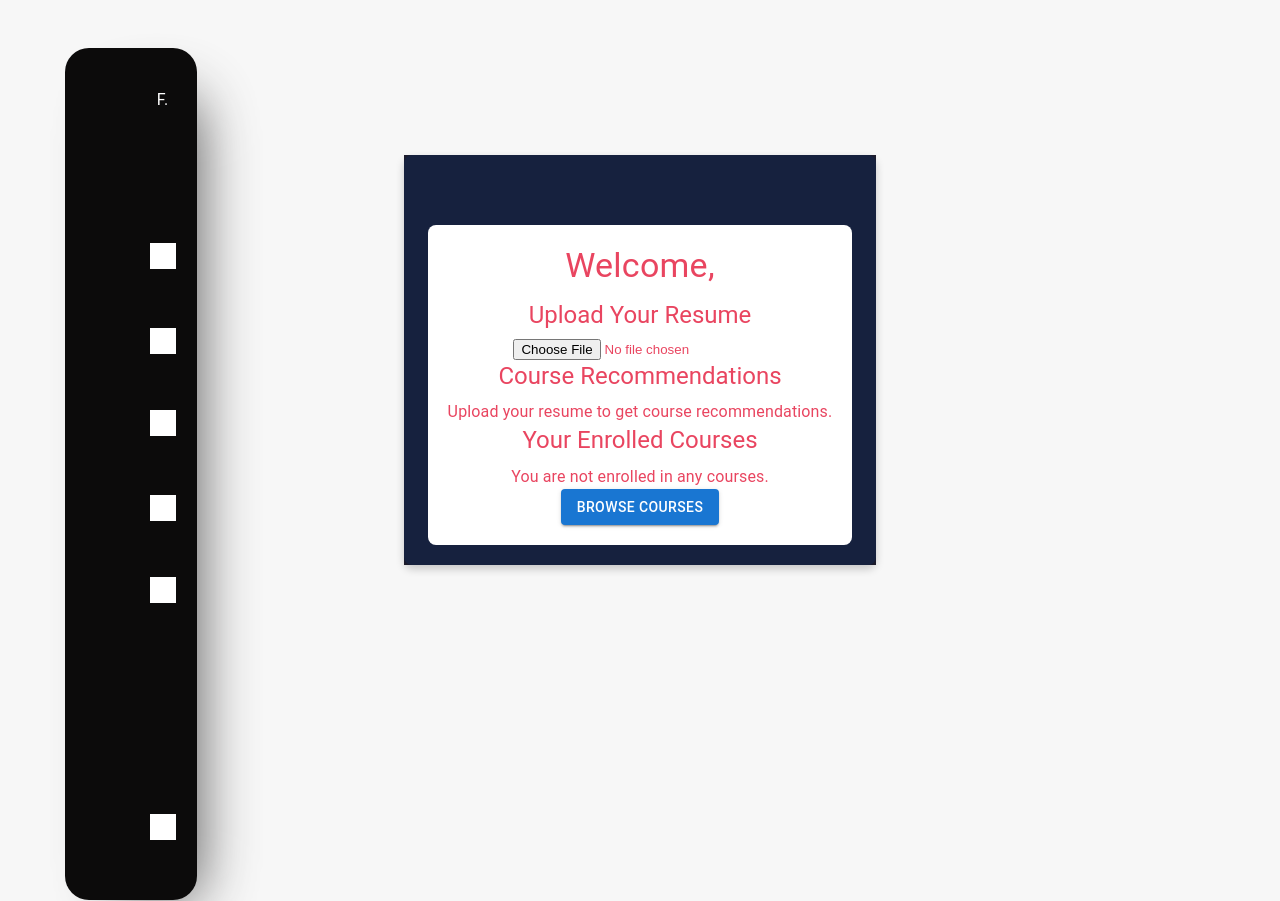
Repository: jvt2/OnlineCourseApp
Page: /dashboard
These files come from the project's save history. The page is drawn as it stood at one moment and after the next save; the edit follows.
The browser window is 1280 px wide. The pictures show the whole page.
The page's requests for data from a server got no answer. The project was rebuilt for these pictures with package versions that can differ from the ones it lists, and the page was loaded fresh each time. No one was signed in, and anything a server would have sent is missing. Also part of the build but not shown: src/features/auth/Register.js, src/features/auth/Login.js, src/features/courses/ResumeUpload.js, src/features/courses/CourseRecommendations.js, src/components/common/MyModal.js, src/features/courses/CourseCatalog.js, src/features/courses/CourseDetail.js, src/components/common/Navbar.js and 3 more. Imported but missing from the stored project, and not drawn on this page: src/app/reportWebVitals.

Above is the page before, as saved 2024-07-14 15:49:47.

### src/index.js
import React from 'react';
import ReactDOM from 'react-dom/client';
import { Provider } from 'react-redux';
import store from './redux/store';
import './index.css';
import App from './app/App';
import reportWebVitals from './app/reportWebVitals';

const root = ReactDOM.createRoot(document.getElementById('root'));
root.render(
  <React.StrictMode>
    <App />
  </React.StrictMode>
);

// If you want to start measuring performance in your app, pass a function
// to log results (for example: reportWebVitals(console.log))
// or send to an analytics endpoint. Learn more: https://bit.ly/CRA-vitals
reportWebVitals();

### src/redux/store.js
// src/redux/store.js

import { configureStore } from '@reduxjs/toolkit';
import userReducer from './userReducer';

const store = configureStore({
  reducer: {
    user: userReducer,
  },
});

export default store;

### src/redux/userReducer.js
// src/redux/userReducer.js
// src/redux/userReducer.js
import { createSlice } from '@reduxjs/toolkit';

const initialState = {
  id: null,
  email: null,
  token: null,
};

const userSlice = createSlice({
  name: 'user',
  initialState,
  reducers: {
    logIn(state, action) {
      state.id = action.payload.id;
      state.email = action.payload.email;
      state.token = action.payload.token;
    },
    logOut(state) {
      state.id = null;
      state.email = null;
      state.token = null;
    },
  },
});

export const { logIn, logOut } = userSlice.actions;
export default userSlice.reducer;

### src/app/App.css
/* App.css */
:root {
  --primary-bg-color: #1E1E2F;
  --secondary-bg-color: #282840;
  --primary-text-color: #F5F5F5;
  --link-color: #61dafb;
  --accent-color: #FF6B6B;
  --navbar-height: 4rem;
  --content-padding: 20px;
  --border-radius: 8px;
  --transition-duration: 0.3s;
  --gradient-bg-color: linear-gradient(120deg, #84fab0 0%, #8fd3f4 100%);
}

.App {
  text-align: center;
  font-family: 'Arial', sans-serif;
  background-color: var(--primary-bg-color);
}

.App-logo {
  height: 40vmin;
  pointer-events: none;
  filter: drop-shadow(0 0 10px var(--accent-color));
}

.App-header {
  background-color: var(--secondary-bg-color);
  min-height: 100vh;
  display: flex;
  flex-direction: column;
  align-items: center;
  justify-content: center;
  font-size: calc(10px + 2vmin);
  color: var(--primary-text-color);
  border-bottom-left-radius: var(--border-radius);
  border-bottom-right-radius: var(--border-radius);
}

.App-link {
  color: var(--link-color);
  transition: color var(--transition-duration);
}

.App-link:hover {
  color: var(--accent-color);
}

@media (prefers-reduced-motion: no-preference) {
  .App-logo {
    animation: App-logo-spin infinite 20s linear;
  }
}

@keyframes App-logo-spin {
  from {
    transform: rotate(0deg);
  }
  to {
    transform: rotate(360deg);
  }
}

.site-navbar {
  display: flex;
  align-items: center;
  background: var(--gradient-bg-color);
  padding: 10px 20px;
  height: var(--navbar-height);
  font-weight: 500;
  box-shadow: 0 4px 6px rgba(0, 0, 0, 0.1);
}

.navbar-nav {
  display: flex;
  align-items: center;
  list-style: none;
  margin: 0;
  padding: 0;
  flex-grow: 1;
  justify-content: center;
}

.nav-item {
  display: flex;
  align-items: center;
  justify-content: center;
  text-decoration: none;
  color: var(--primary-text-color);
  padding: 15px 25px;
  transition: all 0.3s ease-in-out;
  border-radius: var(--border-radius);
  position: relative;
}

.nav-item:before {
  content: '';
  position: absolute;
  top: 0;
  left: 0;
  width: 0;
  height: 100%;
  background: var(--accent-color);
  border-radius: var(--border-radius);
  transition: width 0.3s ease-in-out;
  z-index: -1;
}

.nav-item:hover:before {
  width: 100%;
}

.nav-item:hover {
  color: var(--secondary-bg-color);
  box-shadow: 0 4px 8px rgba(0, 0, 0, 0.2);
  text-decoration: none;
}

.navbar-brand {
  margin-right: auto;
  color: var(--primary-text-color);
  font-size: 1.5em;
  font-weight: bold;
}

.App-content {
  padding: var(--content-padding);
  color: var(--primary-text-color);
}

.App-footer {
  text-align: center;
  padding: var(--content-padding);
  background-color: var(--secondary-bg-color);
  color: var(--primary-text-color);
  box-shadow: 0 -4px 6px rgba(0, 0, 0, 0.1);
}

.course-recommendations {
  width: 80%;
  margin: auto;
  background: #f9f9f9;
  padding: 20px;
  border-radius: 5px;
  box-shadow: 0px 0px 10px rgba(0, 0, 0, 0.1);
}

.course-recommendations h2 {
  text-align: center;
  color: #333;
}

.course-recommendations .course {
  padding: 10px 0;
  border-bottom: 1px solid #eee;
}

.course-recommendations .course:last-child {
  border-bottom: none;
}

.course-recommendations .course button {
  margin-left: 10px;
}

body {
  background-color: #1a1a2e;
  color: #e94560;
}

.MuiContainer-root {
  background-color: #16213e;
  border-radius: 8px;
  padding: 20px;
  box-shadow: 0 4px 8px rgba(0, 0, 0, 0.2);
}

.customTextField .MuiInputBase-input {
  color: #fff;
  background-color: rgba(255, 255, 255, 0.1);
}

.customTextField .MuiInputLabel-root {
  color: rgba(255, 255, 255, 0.7);
}

.customTextField .MuiInputLabel-root.Mui-focused {
  color: #fff;
}

.customTextField .MuiOutlinedInput-root {
  &.Mui-focused .MuiOutlinedInput-notchedOutline {
    border-color: #fff;
  }
  & .MuiOutlinedInput-notchedOutline {
    border-color: rgba(255, 255, 255, 0.5);
  }
}

### src/features/dashboard/Dashboard.js
// src/features/dashboard/Dashboard.js
import React, { useEffect, useState } from 'react';
import axios from 'axios';
import { useSelector } from 'react-redux';
import { Container, Typography, Button, Box, List, ListItem, ListItemText } from '@mui/material';
import { useNavigate } from 'react-router-dom';
import './Dashboard.css';

function Dashboard() {
  const [enrolledCourses, setEnrolledCourses] = useState([]);
  const [recommendations, setRecommendations] = useState([]);
  const token = useSelector(state => state.user.token);
  const userId = useSelector(state => state.user.id);
  const userEmail = useSelector(state => state.user.email);
  const navigate = useNavigate();

  useEffect(() => {
    const fetchEnrolledCourses = async () => {
      try {
        const response = await axios.get(`http://localhost:3001/user/${userId}/courses`, {
          headers: { Authorization: `Bearer ${token}` }
        });
        setEnrolledCourses(response.data);
      } catch (error) {
        console.error('Error fetching enrolled courses:', error);
      }
    };

    const fetchRecommendations = async () => {
      try {
        const response = await axios.get(`http://localhost:3001/user/${userId}/recommendations`, {
          headers: { Authorization: `Bearer ${token}` }
        });
        setRecommendations(response.data);
      } catch (error) {
        console.error('Error fetching recommendations:', error);
      }
    };

    fetchEnrolledCourses();
    fetchRecommendations();
  }, [userId, token]);

  const handleResumeUpload = async (event) => {
    const formData = new FormData();
    formData.append('resume', event.target.files[0]);

    try {
      const response = await axios.post('http://localhost:3001/uploadResume', formData, {
        headers: {
          'Content-Type': 'multipart/form-data',
          Authorization: `Bearer ${token}`,
        },
      });
      setRecommendations(response.data.recommendations);
    } catch (error) {
      console.error('Error uploading resume:', error);
    }
  };

  return (
    <Container component="main" maxWidth="md">
      <Box className="sidebar">
        <div className="sidebar-blur"></div>
        <div className="sidebar-main">
          <Typography className="sidebar-logo">F.</Typography>
          <div className="sidebar-icon icon-home icon-background"></div>
          <div className="sidebar-icon icon-graduation icon-background"></div>
          <div className="sidebar-icon icon-user icon-background"></div>
          <div className="sidebar-icon icon-message icon-background"></div>
          <div className="sidebar-icon icon-settings icon-background"></div>
          <div className="sidebar-icon icon-logout icon-background"></div>
        </div>
      </Box>
      <Box className="dashboard-container">
        <Typography className="dashboard-header" variant="h4" gutterBottom>
          Welcome, {userEmail}
        </Typography>
        <Box className="upload-container">
          <Typography variant="h5" gutterBottom>
            Upload Your Resume
          </Typography>
          <input
            type="file"
            onChange={handleResumeUpload}
            accept=".pdf,.doc,.docx,.txt"
          />
        </Box>
        <Box className="recommendations-container">
          <Typography variant="h5" gutterBottom>
            Course Recommendations
          </Typography>
          {recommendations.length > 0 ? (
            <List>
              {recommendations.map((rec, index) => (
                <ListItem key={index}>
                  <ListItemText primary={rec.title} secondary={rec.description} />
                </ListItem>
              ))}
            </List>
          ) : (
            <Typography variant="body1">Upload your resume to get course recommendations.</Typography>
          )}
        </Box>
        <Box className="enrolled-courses-container">
          <Typography variant="h5" gutterBottom>
            Your Enrolled Courses
          </Typography>
          {enrolledCourses.length > 0 ? (
            <List>
              {enrolledCourses.map(course => (
                <ListItem key={course.id}>
                  <ListItemText primary={course.name} />
                </ListItem>
              ))}
            </List>
          ) : (
            <Typography variant="body1">You are not enrolled in any courses.</Typography>
          )}
        </Box>
        <Box className="button-container">
          <Button variant="contained" color="primary" onClick={() => navigate('/courses')}>
            Browse Courses
          </Button>
        </Box>
      </Box>
    </Container>
  );
}

export default Dashboard;

### src/features/auth/Logout.js
// Logout.js
import { useEffect } from 'react';
import { useDispatch } from 'react-redux';
import { useNavigate } from 'react-router-dom';
import { logOut } from '../../redux/reducers/userslice'; // Import the logOut action

function Logout() {
  const navigate = useNavigate();
  const dispatch = useDispatch();

  useEffect(() => {
    localStorage.removeItem('token'); // Remove the token from local storage
    dispatch(logOut()); // Dispatch the logOut action
    navigate('/login'); // Navigate to the login page
  }, [dispatch, navigate]);

  return null;
}

export default Logout;

### src/components/common/LandingPage.css
body {
    display: flex;
    justify-content: center;
    align-items: center;
    height: 100vh;
    background-color: #f7f7f7;
    margin: 0;
    font-family: 'Roboto', sans-serif;
  }

  .sign-in-container {
    display: flex;
    justify-content: center;
    align-items: center;
    height: 100%;
    width: 100%;
  }

  .sign-in-form {
    background-color: white;
    padding: 60px;
    border-radius: 10px;
    box-shadow: 0 4px 8px rgba(0, 0, 0, 0.1);
    text-align: center;
    max-width: 600px;
    width: 90%;
  }

  .logo {
    width: 200px;
    height: 200px;
    margin-bottom: 30px;
    background-color: white;
    border-radius: 10px;
  }

  h1 {
    margin: 0;
    font-size: 32px;
    font-weight: 700;
  }

  .subtitle {
    margin: 10px 0;
    color: #555;
    font-size: 18px;
  }

  .google-sign-in {
    background-color: #ffffff;
    color: #000;
    border: 1px solid #ccc;
    padding: 15px;
    width: 100%;
    border-radius: 5px;
    margin-bottom: 30px;
    display: flex;
    justify-content: center;
    align-items: center;
    cursor: pointer;
    font-size: 18px;
    font-weight: 500;
    transition: background-color 0.3s;
  }

  .google-sign-in:hover {
    background-color: #f0f0f0;
  }

  .google-logo {
    width: 25px;
    margin-right: 10px;
  }

  .separator {
    display: flex;
    align-items: center;
    text-align: center;
    margin: 30px 0;
    color: #aaa;
    font-size: 18px;
  }

  .separator::before,
  .separator::after {
    content: '';
    flex: 1;
    border-bottom: 1px solid #ccc;
  }

  .separator:not(:empty)::before {
    margin-right: .5em;
  }

  .separator:not(:empty)::after {
    margin-left: .5em;
  }

  .email-input,
  .password-input {
    width: 100%;
    padding: 15px;
    margin-bottom: 30px;
    border: 1px solid #ccc;
    border-radius: 5px;
    font-size: 18px;
    transition: border-color 0.3s;
  }

  .email-input:focus,
  .password-input:focus {
    border-color: #007bff;
    outline: none;
  }

  .continue-button {
    background-color: #9b51e0;
    color: white;
    border: none;
    padding: 15px;
    width: 100%;
    border-radius: 5px;
    font-size: 18px;
    font-weight: 500;
    cursor: pointer;
    transition: background-color 0.3s;
    margin-bottom: 10px; /* Add margin to separate the buttons */
  }

  .continue-button:hover {
    background-color: #7a3bc0;
  }

  .email-error {
    color: red;
    margin-top: 10px;
    font-size: 14px;
  }


  .back-button {
    background-color: #ccc;
    color: white;
    border: none;
    padding: 15px;
    width: 100%;
    border-radius: 5px;
    font-size: 18px;
    font-weight: 500;
    cursor: pointer;
    transition: background-color 0.3s;
    margin-bottom: 10px; /* Add margin to separate the buttons */
  }

  .back-button:hover {
    background-color: #aaa;
  }

  .sign-up-link {
    margin-top: 30px;
    color: #aaa;
    font-size: 18px;
  }

  .sign-up-link a {
    color: #9b51e0;
    text-decoration: none;
  }

  .sign-up-link a:hover {
    text-decoration: underline;
  }

### src/features/dashboard/Dashboard.css
/* Dashboard CSS */

/* General styles for the dashboard */
.dashboard-container {
    background: #FFFFFF;
    padding: 20px;
    border-radius: 8px;
    margin-top: 50px;
    text-align: center;
  }

  /* Sidebar styles */
  .sidebar {
    position: absolute;
    width: 132px;
    height: 853.12px;
    left: 32.34px;
    top: 24.02px;
  }

  .sidebar-blur {
    position: absolute;
    width: 81.01px;
    height: 804px;
    left: 83.32px;
    top: 73.14px;
    background: #0C0B0B;
    opacity: 0.7;
    filter: blur(30px);
    border-radius: 24px;
  }

  .sidebar-main {
    position: absolute;
    width: 132px;
    height: 852px;
    left: 32.34px;
    top: 24.02px;
    background: #0C0B0B;
    border-radius: 24px;
  }

  .sidebar-logo {
    position: absolute;
    width: 47px;
    height: 102px;
    left: 74.46px;
    top: 39.67px;
    font-family: 'Baloo Bhai';
    font-style: normal;
    font-weight: 400;
    font-size: 64px;
    line-height: 102px;
    color: #FFFFFF;
  }

  .sidebar-icon {
    position: absolute;
    width: 26px;
    height: 26px;
    left: 85.15px;
  }

  .icon-home {
    top: 22.89%;
  }

  .icon-graduation {
    top: 32.84%;
  }

  .icon-user {
    top: 42.46%;
  }

  .icon-message {
    top: 52.44%;
  }

  .icon-settings {
    top: 62.11%;
  }

  .icon-logout {
    top: 89.95%;
  }

  .icon-background {
    background: #FFFFFF;
  }

### src/redux/reducers/userslice.js
import { createSlice } from '@reduxjs/toolkit';

const userSlice = createSlice({
  name: 'user',
  initialState: { name: '', loggedIn: false },
  reducers: {
    logIn: (state, action) => {
      state.name = action.payload.name;
      state.loggedIn = true;
    },
    logOut: (state) => {
      state.name = '';
      state.loggedIn = false;
    }
  }
});

export const { logIn, logOut } = userSlice.actions;
export default userSlice.reducer;

Loaded but not shown: public/index.html (common file); src/index.css (common file); src/app/App.js (101 lines, source omitted)

After the next save:
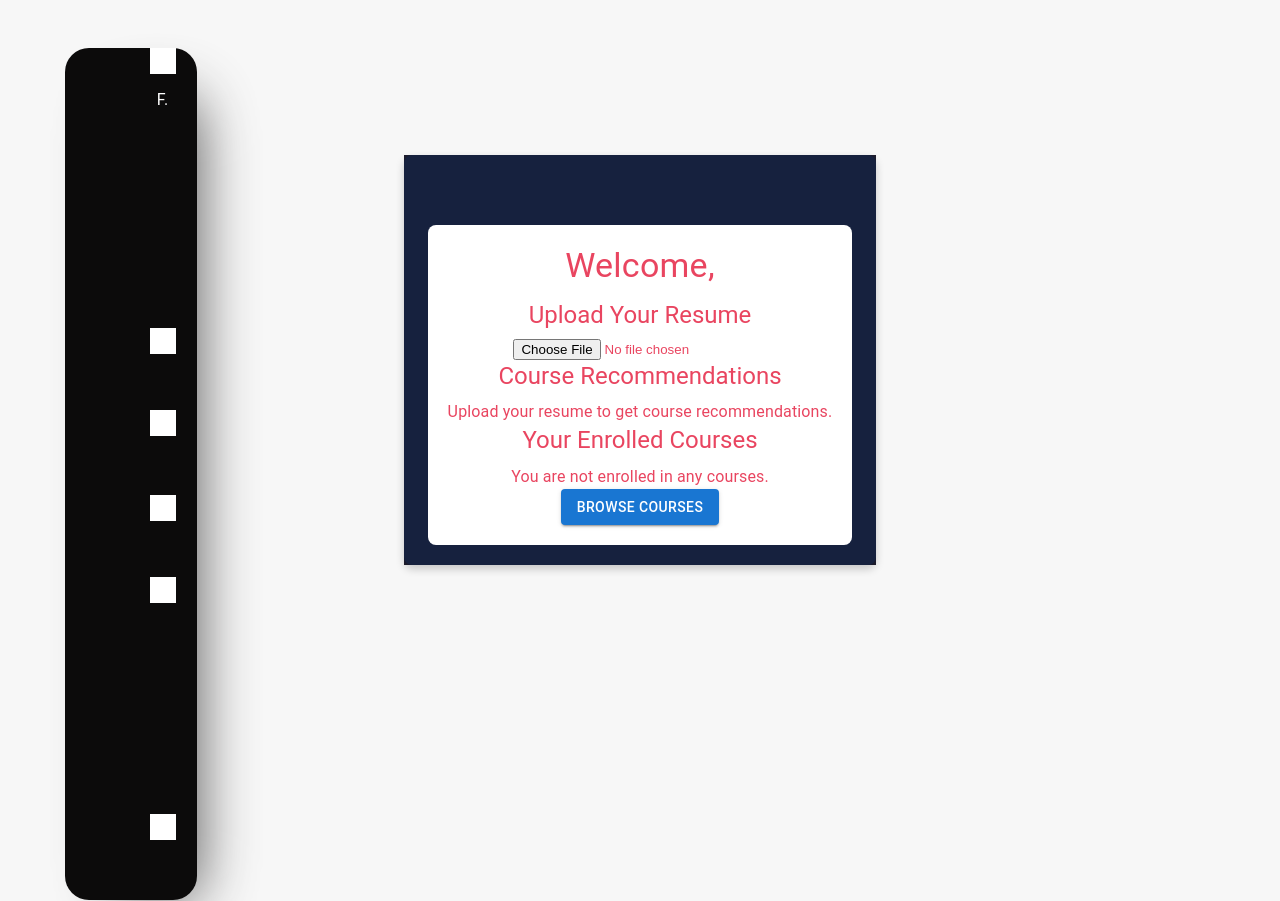
Saved 18 min 29 s later.
--- a/src/features/dashboard/Dashboard.js
+++ b/src/features/dashboard/Dashboard.js
@@ -64,7 +64,7 @@
         <div className="sidebar-blur"></div>
         <div className="sidebar-main">
           <Typography className="sidebar-logo">F.</Typography>
-          <div className="sidebar-icon icon-home icon-background"></div>
+          <div className="sidebar-icon home-icon-vector icon-background"></div>
           <div className="sidebar-icon icon-graduation icon-background"></div>
           <div className="sidebar-icon icon-user icon-background"></div>
           <div className="sidebar-icon icon-message icon-background"></div>

After the 3 saves that followed:
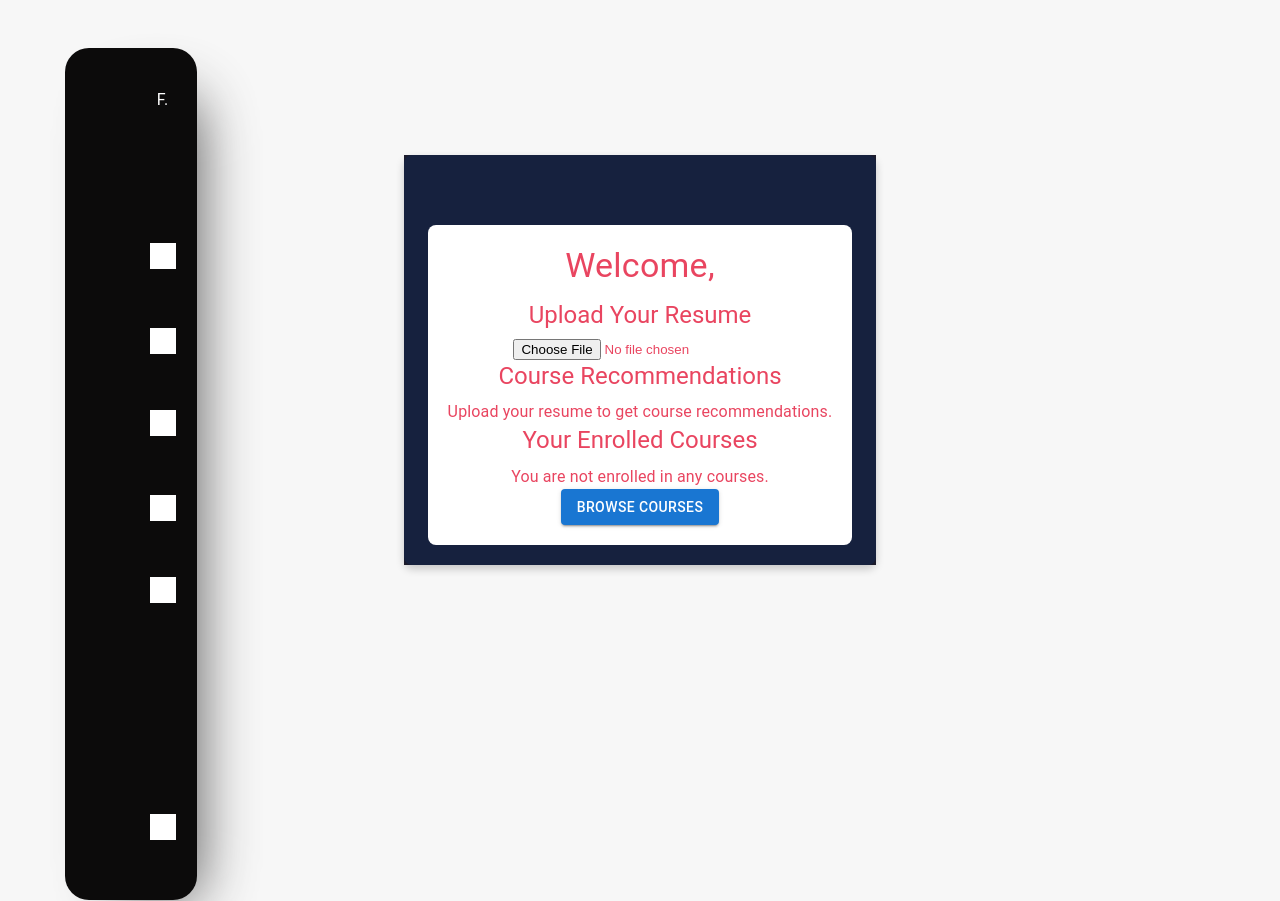
The 3 saves are shown as one change because 2 left the picture as it was.
The last was saved 91 s later.
--- a/src/features/dashboard/Dashboard.js
+++ b/src/features/dashboard/Dashboard.js
@@ -64,7 +64,7 @@
         <div className="sidebar-blur"></div>
         <div className="sidebar-main">
           <Typography className="sidebar-logo">F.</Typography>
-          <div className="sidebar-icon home-icon-vector icon-background"></div>
+          <div className="sidebar-icon icon-home icon-background"></div>
           <div className="sidebar-icon icon-graduation icon-background"></div>
           <div className="sidebar-icon icon-user icon-background"></div>
           <div className="sidebar-icon icon-message icon-background"></div>
